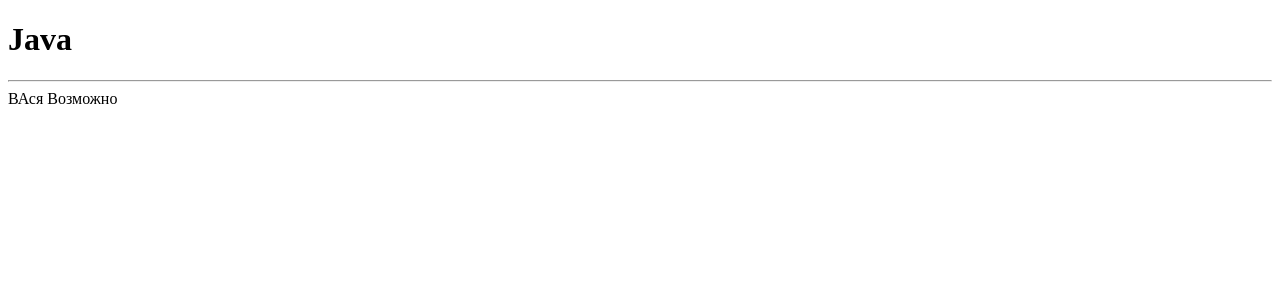
Repository: vadhub/JSP-Service
Page: http://localhost/JSPage/
An editor plug-in stored every save of this project. The page is shown before and after the next save, followed by the edit.
The browser window is 1280 px wide. The pictures show the whole page.
The page is served by Tomcat 9.

Above is the page before, as saved 2019-07-21 03:49:59.

After the next save:
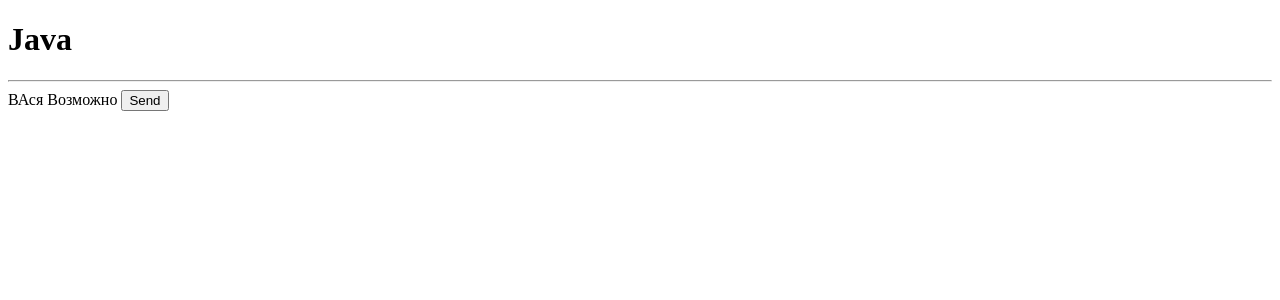
Saved 92 s later.
--- a/JSPage/WebContent/index.jsp
+++ b/JSPage/WebContent/index.jsp
@@ -15,8 +15,6 @@
 <%!int i = (int) (Math.random()*3); %>
 <%= answers[i]%>
 
-<!--<form action="Servleter">
-	<input type ="submit" value="Send"/>
-</form>-->
+<input type ="submit" value="Send"/>
 </body>
 </html>
